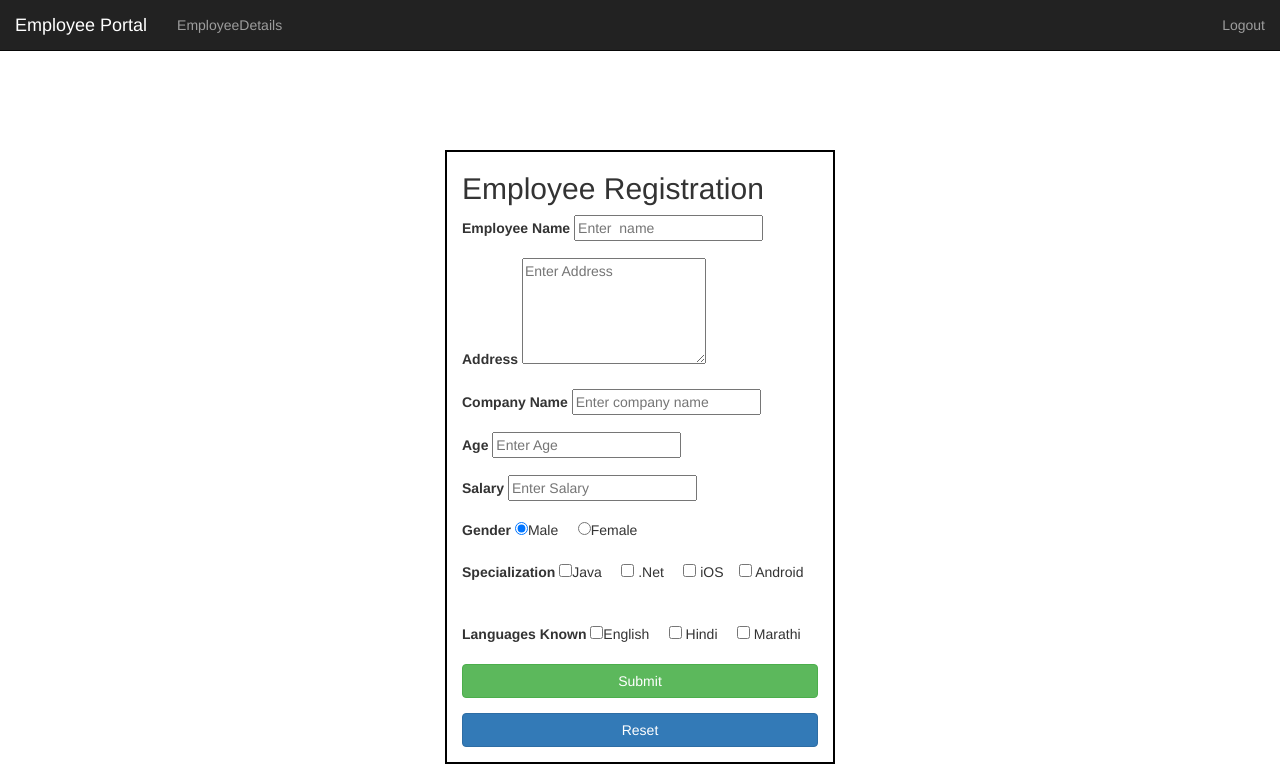
Repository: jagdishpatil18/JavaAdv
Page: http://localhost/EmployeePortal/Employee
The author's editor kept a copy of each file at every save. The page is drawn from the files as they stood at one save, then again after the next save.
The browser window is 1280 px wide. The pictures show the whole page.
Some web libraries are served in a nearby version. The page is served by Tomcat 9. The session is filled in as if someone had signed in: {"accesscount": 1, "userid": 1}.

Above is the page before, as saved 2017-05-26 09:59:12.

After the next save:
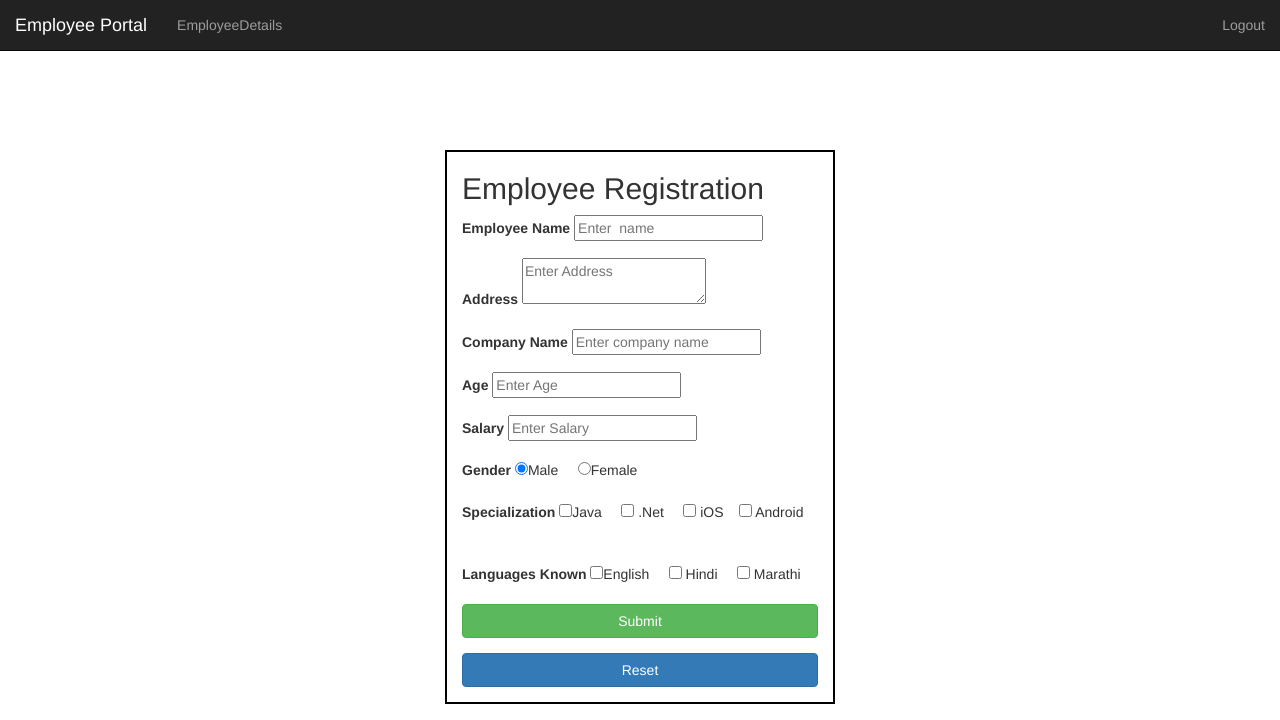
Saved 8 s later.
--- a/EmployeePortal/EmployeePortal/WebContent/newempreg.jsp
+++ b/EmployeePortal/EmployeePortal/WebContent/newempreg.jsp
@@ -220,7 +220,7 @@ border: 2px solid black;
 
     <div class="form-group">
       <label >Address</label>
-       <textarea  rows="5" id="eadd"  placeholder="Enter Address" name="address" required  ></textarea>
+       <textarea  rows="2" id="eadd"  placeholder="Enter Address" name="address" required  ></textarea>
     </div>
 
     <div class="form-group">
